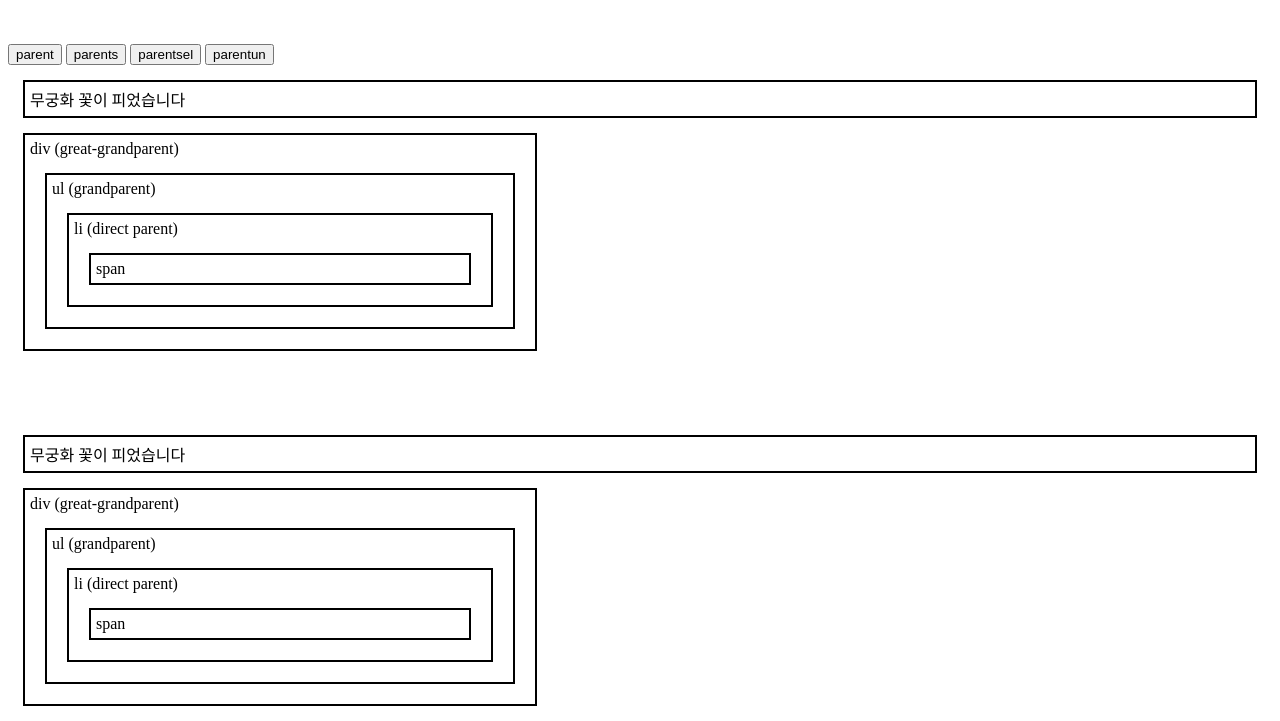
Repository: JJaeHwan/HTML
Page: jquerypro/WebContent/0113/찾기메소드2.html
The author's editor kept a copy of each file at every save. The page is drawn from the files as they stood at one save, then again after the next save.
The browser window is 1280 px wide. The pictures show the whole page.

Above is the page before, as saved 2023-01-13 07:38:05.

### jquerypro/WebContent/0113/찾기메소드2.html
<!DOCTYPE html>
<html>
<head>
<meta charset="UTF-8">
<title>Insert title here</title>
<!-- <link rel="stylesheet" href="../css/public.css"> -->
<script src="https://ajax.googleapis.com/ajax/libs/jquery/3.6.1/jquery.min.js"></script>

<script type="text/javascript">
$(function () {
	   $('#parent').on('click', function () {

	        vparent = $("span").parent();

	        $(vparent).css({"color": "red", "border": "2px solid red"})
	   })
	/* -------------------------------------------------------------------------- */
	   $('#parents').on('click', function () {

	        vparents = $("span").parents();

	        $(vparents).css({"color": "orange", "border": "2px solid orange"})
	   })
	/* -------------------------------------------------------------------------- */

	   $('#parentsel').on('click', function () {

	        vparentsSel = $("span").parents('#res1')

	        $(vparentsSel).css({"color": "yellow", "border": "2px dotted yellow"})
	   })
	/* -------------------------------------------------------------------------- */

	   $('#parentun').on('click', function () {

	        vparentsUntil = $("span").parentsUntil('#res1');

	        $(vparentsUntil).css({"color": "hotpink", "border": "2px dotted hotpink"})
	   })
	/* -------------------------------------------------------------------------- */


	})


</script>


<style type="text/css">
#res1 *, #res2 * {
  display: block;
  border: 2px solid black;
  color: black;
  padding: 5px;
  margin: 15px;
}

</style>
</head>
<body>


<div class="box">
	<br><br>
	<input type="button" value="parent" id="parent">
	<input type="button" value="parents" id="parents">
	<input type="button" value="parentsel" id="parentsel">
	<input type="button" value="parentun" id="parentun">
	<br>

	<div id="res1">
		<p>무궁화 꽃이 피었습니다</p>
		<div style="width:500px;">div (great-grandparent)
		   	 <ul>ul (grandparent)
		    	  <li>li (direct parent)
		     	    <span>span</span>
		     	 </li>
		    </ul>
	    </div>
	</div>
	<br><br><br>
	<div id="res2">
		<p>무궁화 꽃이 피었습니다</p>
		<div style="width:500px;">div (great-grandparent)
		   	 <ul>ul (grandparent)
		    	  <li>li (direct parent)
		     	    <span>span</span>
		     	 </li>
		    </ul>
	    </div>
	</div>
</div>
</body>
</html>

After the next save:
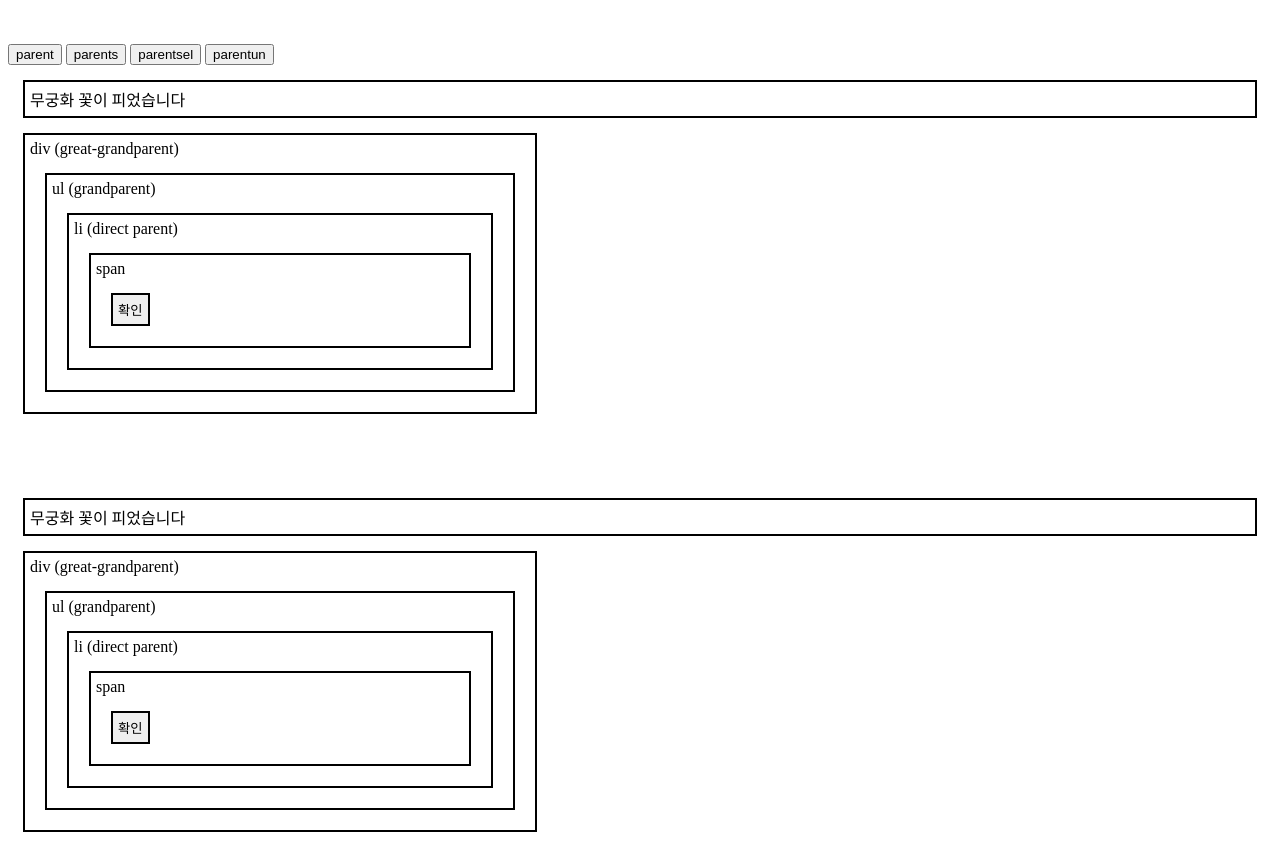
Saved 81 s later.
--- a/jquerypro/WebContent/0113/찾기메소드2.html
+++ b/jquerypro/WebContent/0113/찾기메소드2.html
@@ -73,7 +73,7 @@ $(function () {
 		<div style="width:500px;">div (great-grandparent)
 		   	 <ul>ul (grandparent)
 		    	  <li>li (direct parent)
-		     	    <span>span</span>
+		     	    <span>span<button type="button">확인</button></span>
 		     	 </li>
 		    </ul>
 	    </div>
@@ -84,7 +84,7 @@ $(function () {
 		<div style="width:500px;">div (great-grandparent)
 		   	 <ul>ul (grandparent)
 		    	  <li>li (direct parent)
-		     	    <span>span</span>
+		     	    <span>span<button type="button">확인</button></span>
 		     	 </li>
 		    </ul>
 	    </div>
